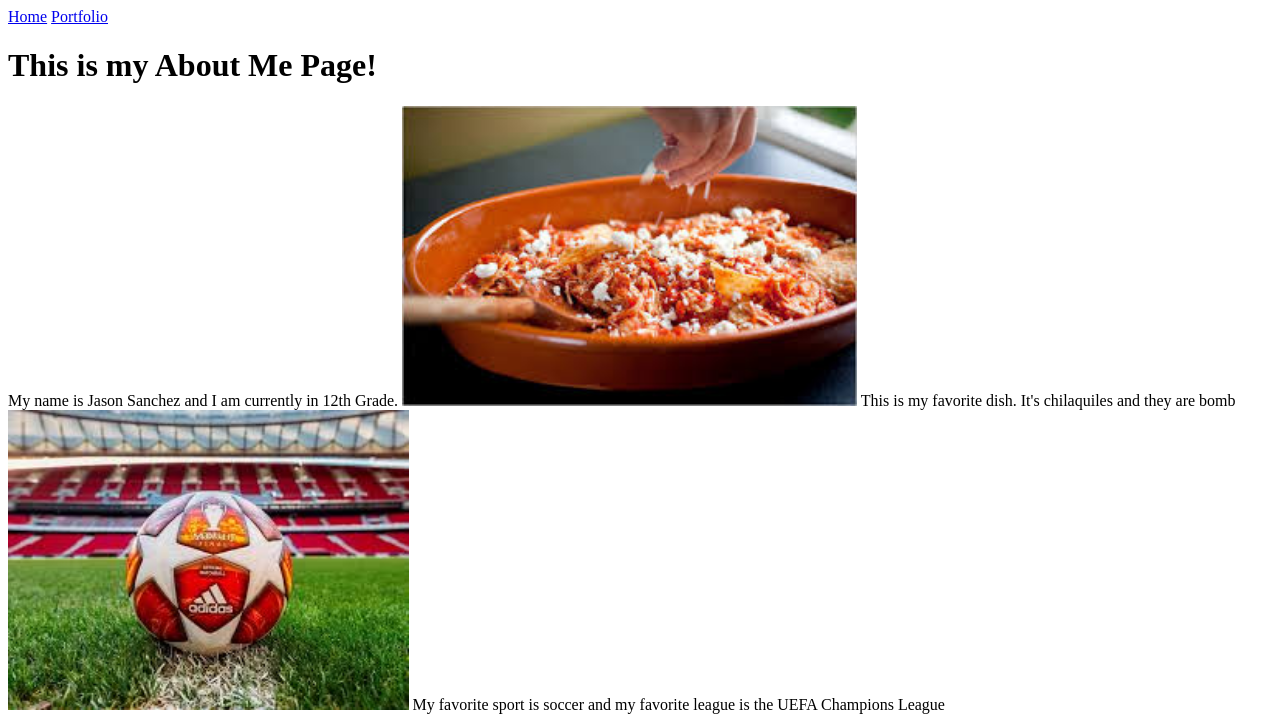
Repository: JSanchez571/JSanchez571.github.io
Page: my_website/aboutme.html
The author's editor kept a record of every edit. The page is drawn from the files as they stood at one moment, then again after the next edit.
The browser window is 1280 px wide. The pictures show the whole page.

Above is the page before.

After the next edit:
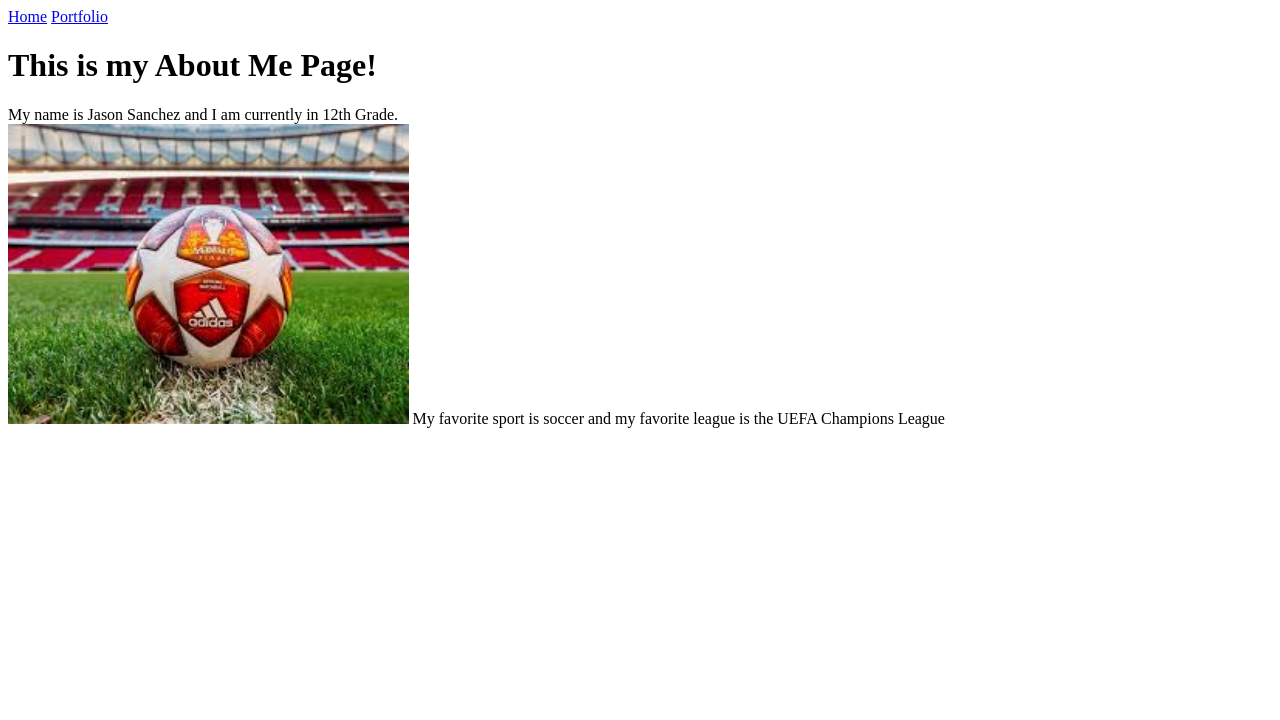
The edit:
--- a/my_website/aboutme.html
+++ b/my_website/aboutme.html
@@ -9,8 +9,6 @@
     <a href="portfolio.html">Portfolio</a>
     <h1>This is my About Me Page!</h1>
     <body>My name is Jason Sanchez and I am currently in 12th Grade.
-    <img src="images/chilaquiles.jpeg" height="300">
-    <body>This is my favorite dish. It's chilaquiles and they are bomb
     <br>
     <img src="images/UEFA Ball.jpg" height="300">
     <body>My favorite sport is soccer and my favorite league is the UEFA Champions League
